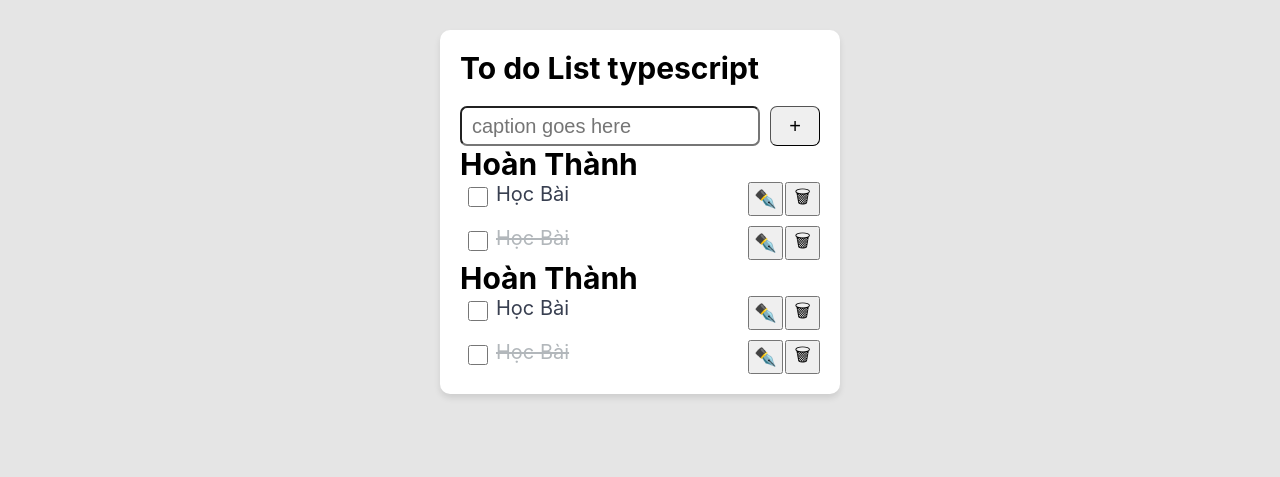
Repository: hungdomanh95/focus
Page: /
The author's editor kept a copy of each file at every save. The page is drawn from the files as they stood at one save, then again after the next save.
The browser window is 1280 px wide. The pictures show the whole page.
The project was rebuilt for these pictures with package versions that can differ from the ones it lists, and the page was loaded fresh each time.

Above is the page before, as saved 2023-04-06 23:45:02.

After the next save:
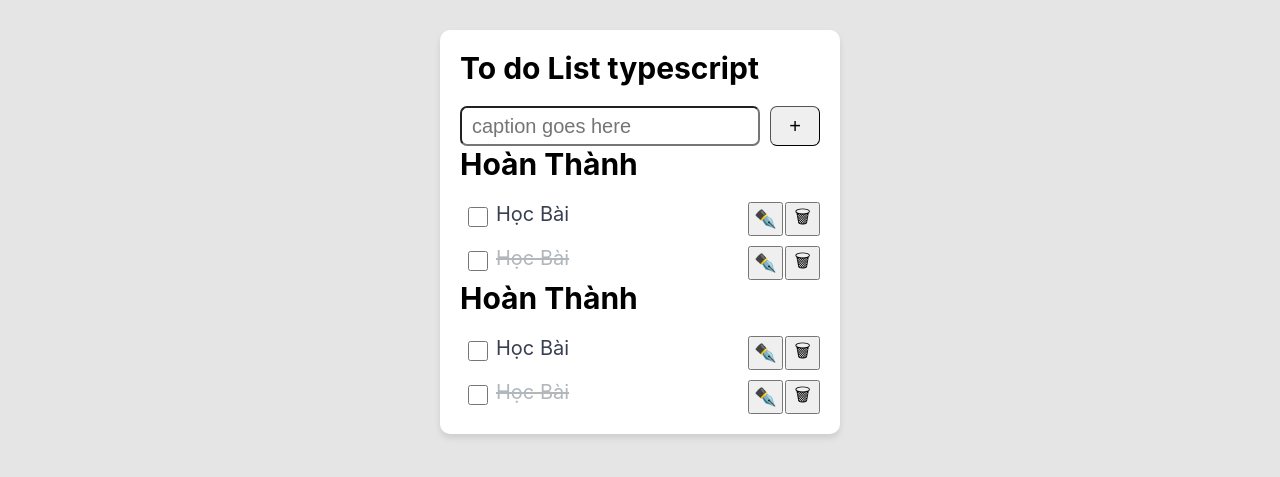
Saved 31 s later.
--- a/src/components/TaskList/TaskList.tsx
+++ b/src/components/TaskList/TaskList.tsx
@@ -3,7 +3,7 @@ import styles from './taskList.module.scss'
 function TaskList() {
   return (
     <div>
-      <h2 className='styles.title'>Hoàn Thành</h2>
+      <h2 className={styles.title}>Hoàn Thành</h2>
       <div className={styles.tasks}>
         <div className={styles.task}>
           <input type='checkbox' className={styles.taskCheckbox} />
